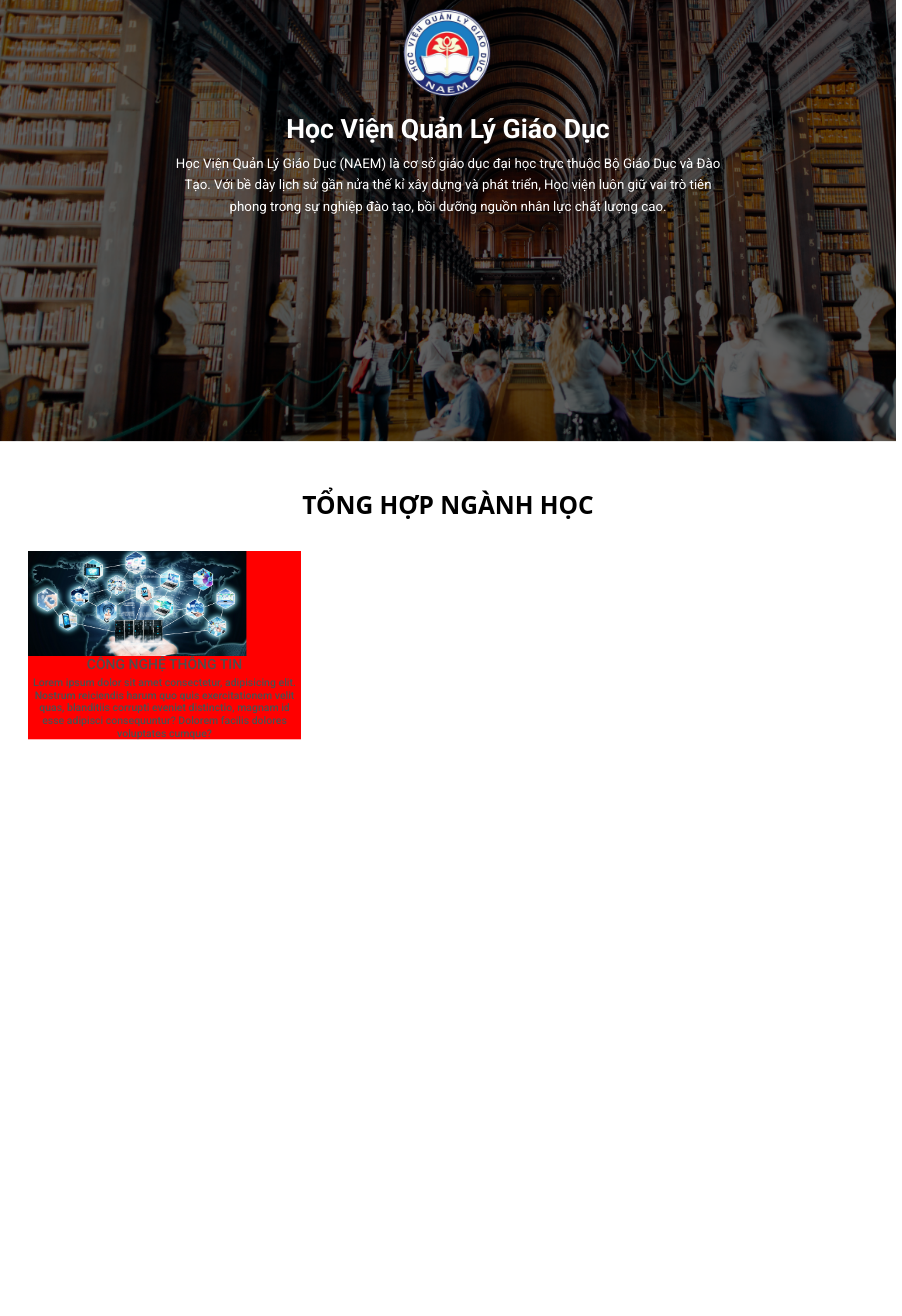
Repository: hongphuck1/trangweb1
Page: index.html
An editor plug-in stored every save of this project. The page is shown before and after the next save, followed by the edit.
The browser window is 1280 px wide. The page is 1288 px wide, so the pictures cover 1288 px, including what lies to the right of the window. The pictures show the part of the page from y = 1293 to 3173 px (the page is 4941 px tall), at 70% of full size.

Above is the page before, as saved 2021-09-07 01:56:31.

After the next save:
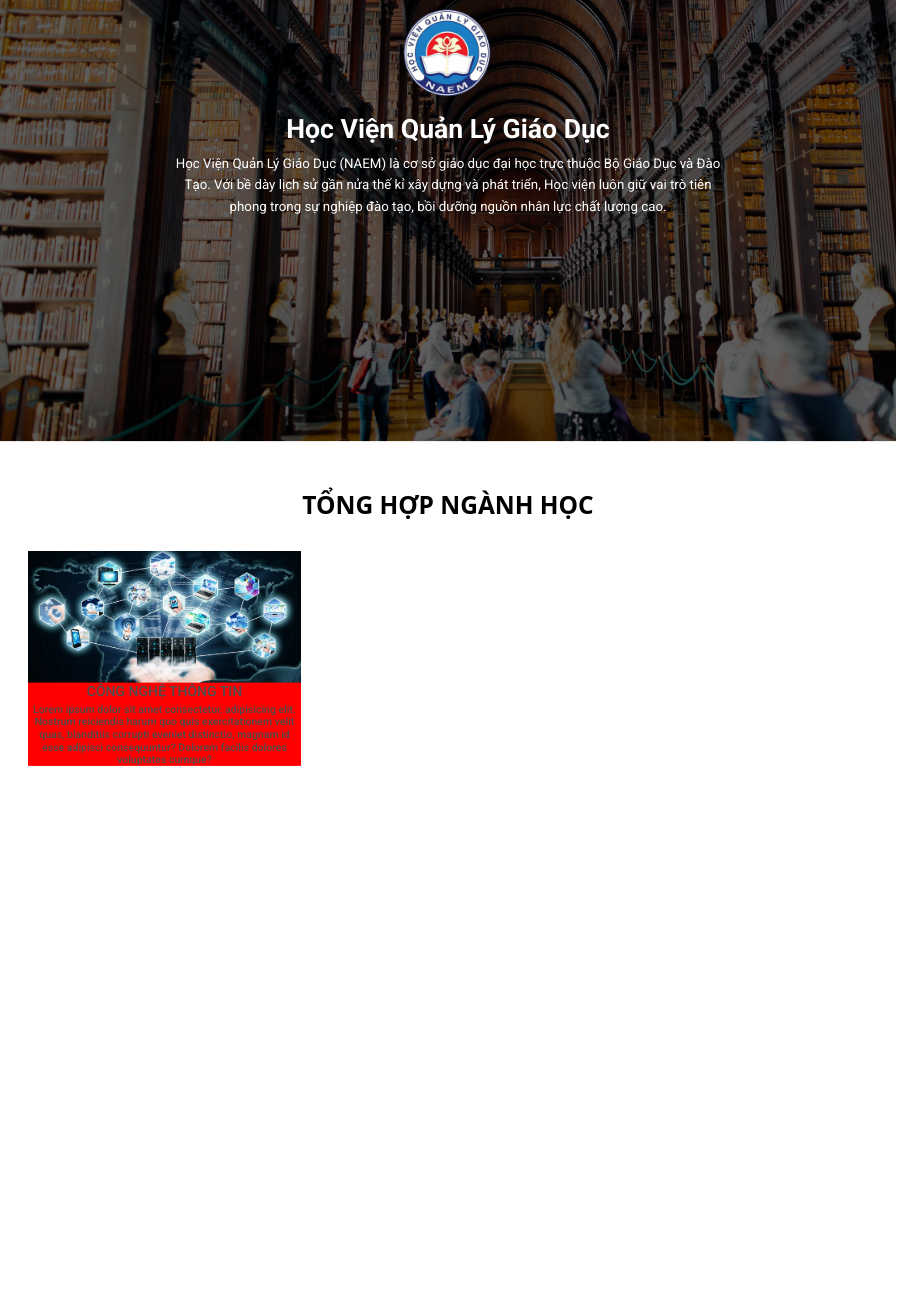
Saved 13 s later.
--- a/css/style.css
+++ b/css/style.css
@@ -290,5 +290,5 @@
 }
 
 .container-body-subject img {
-  width: 80%;
-}
+  width: 100%;
+}
